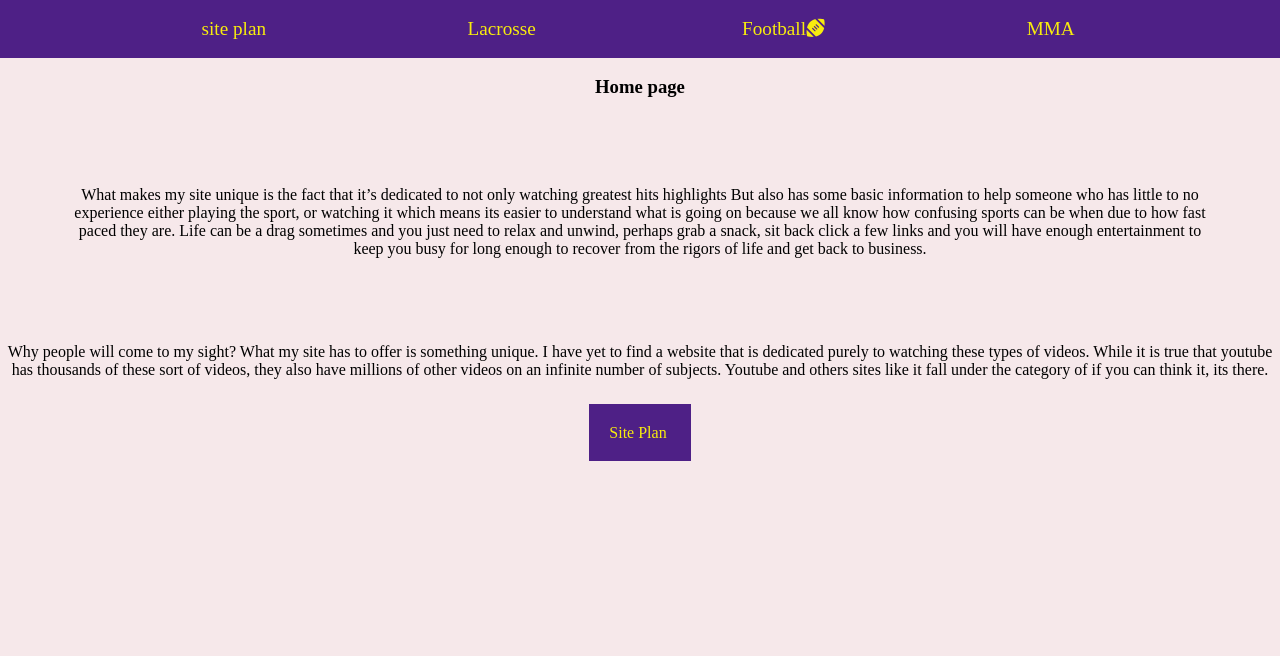
Repository: nak97/personal-site
Page: index.html
The author's editor kept a copy of each file at every save. The page is drawn from the files as they stood at one save, then again after the next save.
The browser window is 1280 px wide. The pictures show the whole page.
Some icons come from a web library that is not loaded, so they are not drawn. Some web libraries are served in a nearby version.

Above is the page before, as saved 2023-03-19 09:30:50.

### index.html
<!DOCTYPE html>
<html lang="en">
<head>
  <meta charset="UTF-8">
  <meta http-equiv="X-UA-Compatible" content="IE=edge">
  <meta name="viewport" content="width=device-width, initial-scale=1.0">
  <link rel="stylesheet" href="personal-site.css">
  <script src="https://kit.fontawesome.com/615002bc5f.js" crossorigin="anonymous"></script>
  <title> Home</title>
</head>
<body>
  <nav>
    <a href="site-plan.html">site plan</a>
    <a href="lacrosse.html" target="_blank">Lacrosse <i class="fa-solid fa-lacrosse-stick-ball"></i></a>
    <a href="football.html" target="_blank">Football<i class="fa-solid fa-football"></i></a>
    <a href="mma.html" target="_blank">MMA  <i class="fa-solid fa-boxing-glove"></i></a>
  </nav>
<section class="home">
<h3>Home page</h3>
      <p class="p1">
        What makes my site unique is the fact that it’s dedicated to not only watching greatest hits highlights But also has some basic information to help someone who has little to no experience either playing the sport, or watching it which means its easier to understand what is going on because we all know how confusing sports can be when due to how fast paced they are.
        Life can be a drag sometimes and you just need to relax and unwind, perhaps grab a snack,
        sit back click a few links and you will have enough entertainment to keep you busy for long enough to recover from the rigors of life and get back to business.
      </p>
      <p class="p2">
        Why people will come to my sight?
        What my site has to offer is something unique. I have yet to find a website that is dedicated purely to watching these types of videos.
        While it is true that youtube has thousands of these sort of videos, they also have millions of other videos on an infinite number of subjects. Youtube and others sites
        like it fall under the category of if you can think it, its there.
      </p>
    </section>

    <footer><a href="site-plan.html"> Site Plan <i class="fa-solid fa-ruler-triangle"></i></a></footer>
</body>
</html>

### personal-site.css

body{
  background-color: #F6E8EA;
  padding: 0 ;
  margin: 0;
}


  .container {display: grid;}

a{text-decoration: none;}

.home h3 {
  text-align: center;
}

.home .p1 {
  padding: 69px;
}

nav{
  display: flex;
  justify-content: space-evenly;
  background-color: #4e2086;
  line-height: 3em;
  text-align: center;
  font-size: 1.2em;
}

nav a { color: #f8ec0d;}

nav a:hover {color: #F45B69;}

.lacrosse h3, p {text-align: center;}

.lacrosse p {padding: 0px 121px;}

.lacrosse { margin: 43px 0;}

.Laxvideos{
  margin-top: 20px;
  display: flex;
  justify-content: space-evenly;
  text-align: center;
  background-color: #F45B69;
  padding-top: 40px;
}

.rules{margin: 50px 0;}

.rules h3, p {text-align: center;}

.rules p {padding: 0px 121px;}

.LaxImages {
  background-color: #4e2086;
}

.LaxImages p {color:#f8ec0d;
}

.images {
  display: flex;
  justify-content: space-between;
  padding-top: 54px;
}

.img1{margin-left: 105px;}

.img1 p {text-align: center; }

.img2 {margin-left: 312px;}

.img2 p{
  text-align: center;
  margin-right: 70px;
}

.img-1{
  margin-left: 40px;
  width: 400px;
  height: 300px;}

.img-2{
  margin-left: 16px;
  width: 400px;
  height: 300px;
}

footer{
margin-top: 45px;
text-align: center;
margin-bottom: 60px;}

footer a {
  background-color: #4e2086;
  color: #f8ec0d;
  padding: 20px;
}

footer a:hover {
  color: #F45B69;
}

After the next save:
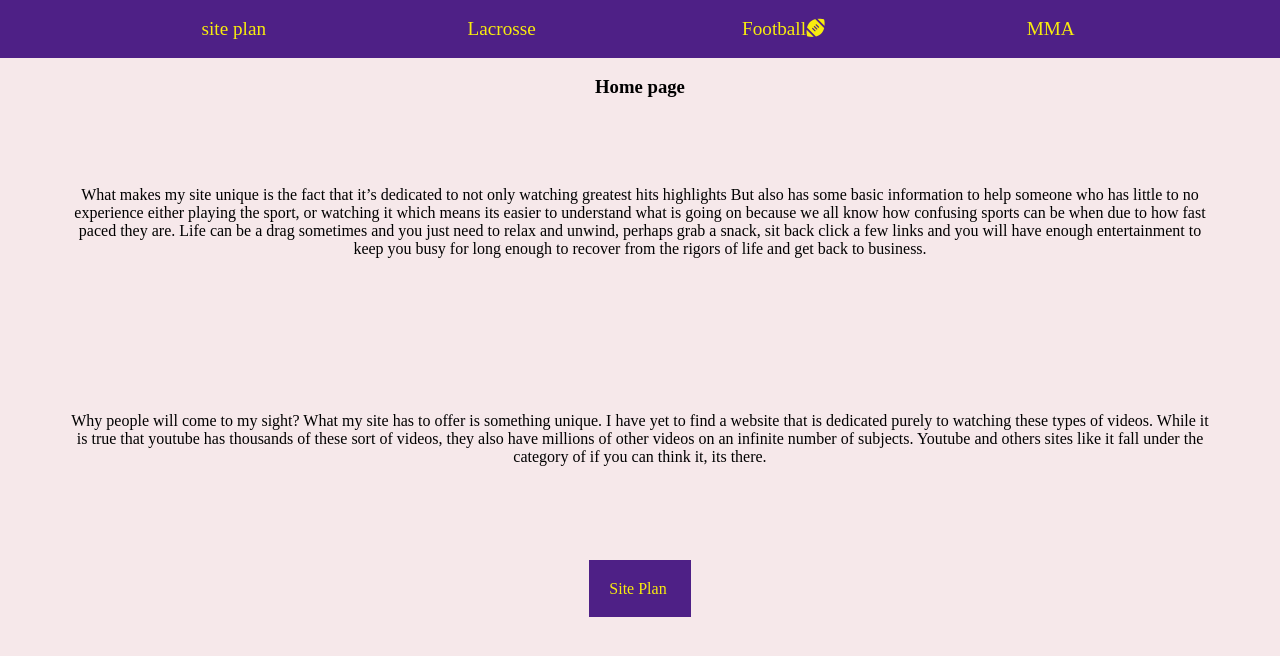
Saved 19 s later.
--- a/personal-site.css
+++ b/personal-site.css
@@ -15,6 +15,10 @@ a{text-decoration: none;}
 }
 
 .home .p1 {
+  padding: 69px;
+}
+
+.home .p2 {
   padding: 69px;
 }
 
